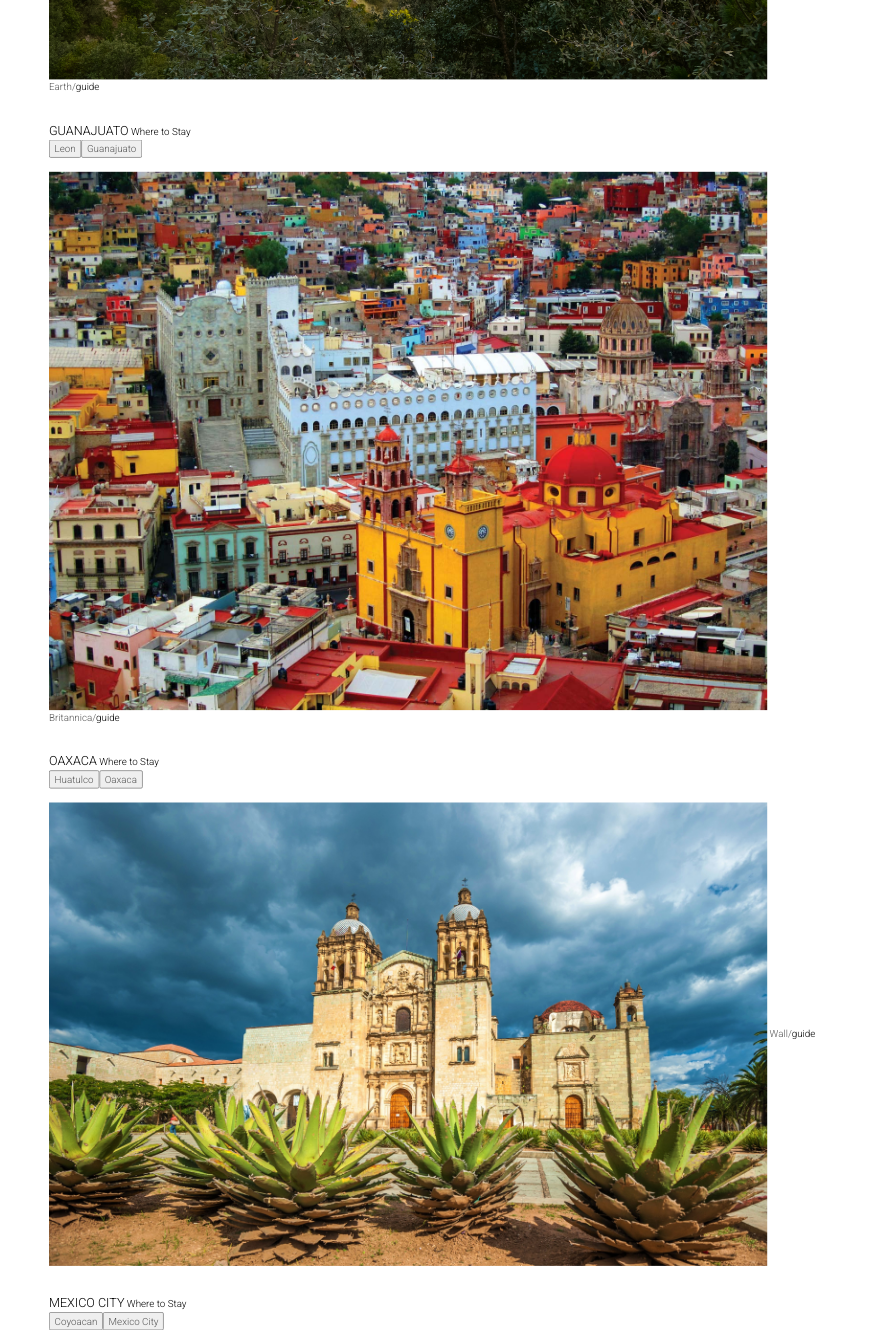
Repository: navegantemx/holiday-destination
Page: destinations.html
The author's editor kept a record of every edit. The page is drawn from the files as they stood at one moment, then again after the next edit.
The browser window is 1280 px wide. The pictures show the part of the page from y = 3009 to 4909 px (the page is 8011 px tall before and 8031 px after), at 70% of full size.
A picture or video elsewhere on the page could not be fetched, so the positions and the page height are approximate. Some web libraries are served in a nearby version.

Above is the page before.

After the next edit:
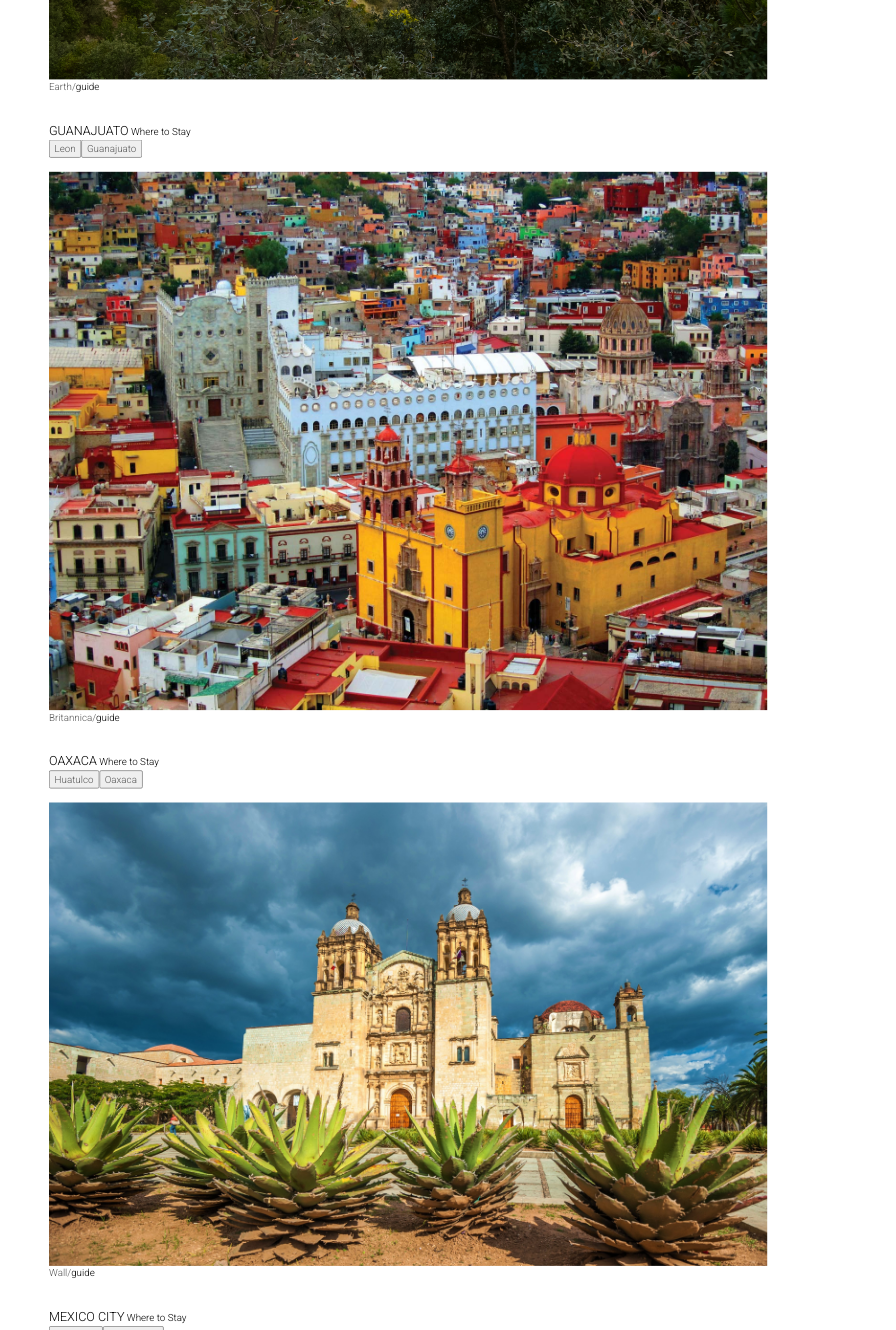
The edit:
--- a/destinations.html
+++ b/destinations.html
@@ -100,7 +100,7 @@
         <a href="//www.touropia.com/checkin?city=Oaxaca,Mexico" target="_blank" class="fancybox">Where to Stay</a><br>
         <button id="oaxacaButton">Huatulco</button><span><button id="huatulcoButton">Oaxaca</button></span><br><br>
         <div class="image_640">
-            <img id="oaxacaImage" src= assets/images/oaxaca_oaxaca_01.jpg width="90%">
+            <img id="oaxacaImage" src= assets/images/oaxaca_oaxaca_01.jpg width="90%"><br>
             <span class="photo-credit">Wall/<a href="https://wall.alphacoders.com/big.php?i=946712" target="_blank">guide</a></span>
         </div>
         <br><br>
